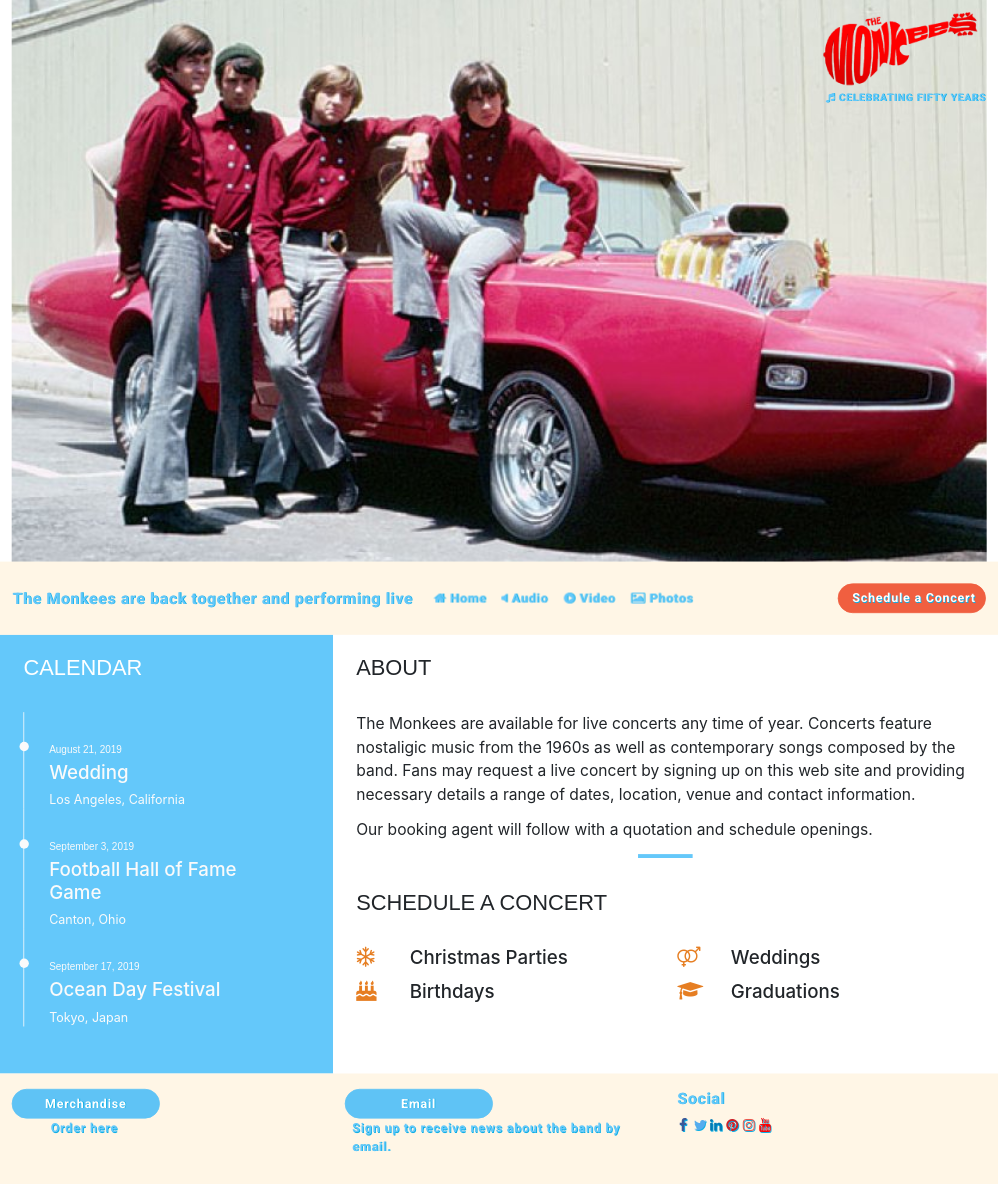
Repository: Code-Institute-Submissions/wpelizzoni-Milestone-Project-1
Page: index.html
The author's editor kept a record of every edit. The page is drawn from the files as they stood at one moment, then again after the next edit.
The browser window is 1280 px wide. The pictures show the whole page, at 78% of full size.

Above is the page before.

### index.html
<!DOCTYPE html>
<html lang="en">

<head>
    <meta charset="UTF-8">
    <meta name="viewport" content="width=device-width, initial-scale=1.0">
    <meta http-equiv="X-UA-Compatible" content="ie=edge">
    <link rel="stylesheet" href="https://stackpath.bootstrapcdn.com/bootstrap/4.3.1/css/bootstrap.min.css" type="text/css" />
    <link rel="stylesheet" href="https://stackpath.bootstrapcdn.com/font-awesome/4.7.0/css/font-awesome.min.css" type="text/css" />
    <link rel="stylesheet" href="https://cdnjs.cloudflare.com/ajax/libs/hover.css/2.3.1/css/hover-min.css" type="text/css" />
    <link href="https://fonts.googleapis.com/css?family=Roboto:400,700&display=swap" rel="stylesheet">
    <link rel="stylesheet" href="assets/css/style.css" type="text/css" />
    <title>Monkees | 50th Anniversary</title>
</head>

<body>
    <header>
        <div class="container-fluid header-container">

            <div class="row no-gutters header-desktop-row d-none d-md-block">
                <div class="col-12 header-desktop-column">
                </div>

                <span></span>

                <div class="fifty"><i class="fa fa-music" area-hidden="true"></i> CELEBRATING FIFTY YEARS</div>
            </div>

            <div class="row no-gutters header-phones-row d-block d-md-none">
                <div class="col-12 header-phones-column">
                    <h3>The Monkees</h3>
                    <!-- This text will appear in the photo -->
                </div>
            </div>

        </div>
    </header>

    <nav class="navbar navbar-dark navbar-expand-sm">
        <div class="d-none d-sm-block ">
            <a href="/ " class="navbar-brand " style="color: #64c8fa ">The Monkees are back together and performing live</a>
        </div>


        <div>
            <ul class="navbar-nav mr-auto ">
                <li class="nav=item ">
                    <a href="index.html" class="active hvr-sweep-to-right "> <i class="fa fa-home " area-hidden="true"></i> Home</a>
                </li>
                <li class="nav=item ">
                    <a href="audio.html " class="hvr-sweep-to-right "><i class="fa fa-volume-off " area-hidden="true "></i> Audio</a>
                </li>
                <li class="nav-item">
                    <a href="video.html" class="hvr-sweep-to-right "><i class="fa fa-play-circle " area-hidden="true "></i> Video</a>
                </li>
                <li class="nav=item ">
                    <a href="photos.html " class="hvr-sweep-to-right "><i class="fa fa-picture-o " area-hidden="true "></i> Photos</a>
                </li>
                <li class="nav-item mr-2 d-block d-sm-none mr-auto">
                   <a class="hvr-sweep-to-right " data-toggle="modal" data-target="#scheduleModal" ><i class="fa fa-sign-in " area-hidden="true "></i> Sign In / Sign Up</a>
                </li>
            </ul>
        </div>


        </div>
        <!-- Only display the following text and sign up message on a desktop.
        	This is screen size medium and above.
        	The mobile sign up becomes part of the nav bar (see above) -->
        <div class="d-none d-md-block ml-auto " style="padding-top: 20px; padding-bottom: 20px ">
            <a href="# " class="btn btn--cta btn--red nav-right" data-toggle="modal" data-target="#scheduleModal">Schedule a Concert</a>
        </div>

    </nav>


    <section class="container-fluid">

        <div class="row" height="60">

            <div class="col-md-4 bg-color-event-calendar section-column">
                <div class="row">
                    <div class="col-12 section-color-white">
                        <h3 class="history-heading uppercase ">
                            CALENDAR
                        </h3>
                    </div>
                </div>
                <div class="history-items">
                    <!-- data- prefix is for custom attributes -->
                    <div class="timeline-item" data-dates="August 21, 2019">
                        <h4>Wedding</h4>
                        <p>Los Angeles, California</p>
                    </div>
                    <div class="timeline-item" data-dates="September 3, 2019">
                        <h4>Football Hall of Fame Game</h4>
                        <p>Canton, Ohio</p>
                    </div>
                    <div class="timeline-item" data-dates="September 17, 2019">
                        <h4>Ocean Day Festival</h4>
                        <p>Tokyo, Japan</p>
                    </div>
                </div>
            </div>

            <div class="col-md-8 bg-color-schedule-event section-column">

                <div class="row">
                    <div class="col-12 page-header">
                        <h3 class="text-uppercase section-heading">ABOUT</h3>
                        <blockquote class="blockquote">
                            <p>The Monkees are available for live concerts any time of year. Concerts feature nostaligic music from the 1960s as well as contemporary songs composed by the band. Fans may request a live concert by signing up on this web site
                                and providing necessary details a range of dates, location, venue and contact information.
                            </p>
                        </blockquote>
                        <blockquote class="blockquote">
                            <p>
                                Our booking agent will follow with a quotation and schedule openings.
                            </p>
                        </blockquote>
                        <hr class="block-divider block-divider--medium block-divider--blue">
                    </div>
                </div>


                <div class="row">
                    <div class="col">
                        <h3 class="section-heading uppercase">SCHEDULE A CONCERT</h3>
                    </div>
                </div>
                <div class="row">
                    <div class="col-10 offset-1 offset-sm-0 col-sm-4 col-md-6">
                        <div class="row">
                            <div class="col-2">
                                <i class="schedule-event-icon fa fa-snowflake-o" aria-hidden="true"></i>
                            </div>
                            <div class="col-10">
                                <h4 class="schedule-event-heading uppercase">Christmas Parties</h4>

                            </div>
                        </div>
                    </div>
                    <div class="col-10 offset-1 offset-sm-0 col-sm-4 col-md-6">
                        <div class="row">
                            <div class="col-2">
                                <i class="schedule-event-icon fa fa-venus-mars" aria-hidden="true"></i>
                            </div>
                            <div class="col-10">
                                <h4 class="schedule-event-heading uppercase">Weddings</h4>

                            </div>
                        </div>
                    </div>
                    <div class="col-10 offset-1 offset-sm-0 col-sm-4 col-md-6">
                        <div class="row">
                            <div class="col-2">
                                <i class="schedule-event-icon fa fa-birthday-cake" aria-hidden="true"></i>
                            </div>
                            <div class="col-10">
                                <h4 class="schedule-event-heading uppercase">Birthdays</h4>

                            </div>
                        </div>
                    </div>
                    <div class="col-10 offset-1 offset-sm-0 col-sm-4 col-md-6">
                        <div class="row">
                            <div class="col-2">
                                <i class="schedule-event-icon fa fa-graduation-cap" aria-hidden="true"></i>
                            </div>
                            <div class="col-10">
                                <h4 class="schedule-event-heading uppercase">Graduations</h4>

                            </div>
                        </div>
                    </div>
                </div>
            </div>
    </section>



    <footer class="container-fluid">
        <div id="footer-details " class="row ">
            <div class="col-sm-4 ">
                <!--  <div class="d-block d-sm-none "><a href="# " style="color: #64c8fa; font-weight: bold ">Merchandise</a> -->
                <!--  <div class="mr-2 d-block d-sm-none "><a class=href="# " style="color: #64c8fa; font-weight: bold ">Merchandise</a> -->
                <!-- </div> -->

                <div class="d-block d-sm-none ">
                    <h5 class="uppercase general-sub ">Merchandise</h5>
                    <p class="inline-block " style="font-weight: bold ">
                        Purchase merchandise here.
                        <a href="# " data-toggle="modal" data-target="#merchandiseModal">
                        <i class="fa fa-tags " aria-hidden="true "></i>
                        <span class="sr-only ">Merchandise</span>
                    </a>
                    </p>
                </div>

                <!-- Only display the following text and sign up message on a desktop.
        	    This is screen size medium and above. -->
                <div class="d-none d-md-block ">
                    <a href="# " class="btn btn--cta btn--blue" data-toggle="modal" data-target="#merchandiseModal">Merchandise</a>
                    <p style="padding-left: 50px; font-weight: bold">Order here</p>
                </div>
            </div>

            <div class="col-sm-4 ">
                <div class="d-block d-sm-none">
                    <h5 class="uppercase general-sub ">Email</h5>
                    <p class="inline-block " style="font-weight: bold ">
                        Sign up to receive news about the band by email.
                        <a href="# " data-toggle="modal" data-target="#emailModal">
                        <i class="fa fa-reply " aria-hidden="true "></i>
                        <span class="sr-only ">Email</span>
                    </a>
                    </p>
                </div>

                <!-- Only display the following text and sign up message on a desktop.
        	    This is screen size medium and above. -->
                <div class="d-none d-md-block ">
                    <a href="# " class="btn btn--cta btn--blue" data-toggle="modal" data-target="#emailModal">Email</a>
                    <p style="padding-left: 10px; font-weight: bold">Sign up to receive news about the band by email.</p>
                </div>
            </div>


            <div class="col-sm-4 ">
                <h5 class="uppercase general-sub " style="font-weight:bold">Social</h5>
                <ul class="list-inline social-links ">
                    <li class="list-inline-item ">
                        <a target="_blank " href="# " style="color: #3b5998 ">
                            <i class="fa fa-facebook " aria-hidden="true "></i>
                            <span class="sr-only ">Facebook</span>
                        </a>
                    </li>
                    <li class="list-inline-item ">
                        <a target="_blank " href="# " style="color: #55acee ">
                            <i class="fa fa-twitter " aria-hidden="true "></i>
                            <span class="sr-only ">Twitter</span>
                        </a>
                    </li>
                    <li class="list-inline-item ">
                        <a target="_blank " href="#" style=" color: #007bb5 ">
                            <i class="fa fa-linkedin " aria-hidden="true "></i>
                            <span class="sr-only ">LinkedIn</span>
                        </a>
                    </li>
                    <li class="list-inline-item ">
                        <a target="_blank " href="# " style="color: #cb2027 ">
                            <i class="fa fa-pinterest " aria-hidden="true "></i>
                            <span class="sr-only " >Pinterest</span>
                        </a>
                    </li>
                    <li class="list-inline-item ">
                        <a target="_blank " href="# " style="color: #e95950 ">
                            <i class="fa fa-instagram " aria-hidden="true "></i>
                            <span class="sr-only ">Instagram</span>
                        </a>
                    </li>
                    <li class="list-inline-item ">
                        <a target="_blank " href="# " style="color: #ff0000 ">
                            <i class="fa fa-youtube " aria-hidden="true "></i>
                            <span class="sr-only " >Youtube</span>
                        </a>
                    </li>
                </ul>
            </div>
        </div>

    </footer>

    <div class="modal" tabindex="-1" role="dialog" id="scheduleModal">
        <div class="modal-dialog" role="document">
            <div class="modal-content">
                <div class="modal-header">
                    <h5 class="modal-title">Request a Live Performance!</h5>
                    <button type="button" class="close" data-dismiss="modal" aria-label="Close">
                      <span aria-hidden="true">&times;</span>
                    </button>
                </div>
                <div class="modal-body">
                    <form <div class="form-group">
                        <label for="exampleInputEmail1">Email address</label>
                        <input type="email" class="form-control" id="exampleInputEmail1" aria-describedby="emailHelp " placeholder="Enter email">
                        <small id="emailHelp" class="form-text text-muted">We'll never share your email with anyone else.</small>


                        <div class="form-group">
                            <label for="exampleFormControlTextarea1">Enter a detailed request including dates, location and venue</label>
                            <textarea class="form-control" id="exampleFormControlTextarea1" rows="10"></textarea>
                        </div>

                        <button type="submit" class="btn btn-success">Submit</button>
                </div>
                </form>
            </div>
        </div>
    </div>
    </div>

    <div class="modal" tabindex="-1" role="dialog" id="merchandiseModal">
        <div class="modal-dialog" role="document">
            <div class="modal-content">
                <div class="modal-header">
                    <h5 class="modal-title">Order Merchandise!</h5>
                    <button type="button" class="close" data-dismiss="modal" aria-label="Close">
                      <span aria-hidden="true">&times;</span>
                    </button>
                </div>
                <div class="modal-body">
                    <form>
                        <div class="form-row">
                            <div class="form-group col-md-6">
                                <label for="inputEmail4">Email</label>
                                <input type="email" class="form-control" id="inputEmail4" placeholder="Email">
                            </div>
                            <div class="form-group col-md-6">
                                <label for="inputPassword4">Password</label>
                                <input type="password" class="form-control" id="inputPassword4" placeholder="Password">
                            </div>
                        </div>
                        <div class="form-group">
                            <label for="inputAddress">Address</label>
                            <input type="text" class="form-control" id="inputAddress" placeholder="1234 Main St">
                        </div>
                        <div class="form-group">
                            <label for="inputAddress2">Address 2</label>
                            <input type="text" class="form-control" id="inputAddress2" placeholder="Apartment, studio, or floor">
                        </div>
                        <div class="form-row">
                            <div class="form-group col-md-6">
                                <label for="inputCity">City</label>
                                <input type="text" class="form-control" id="inputCity">
                            </div>
                            <div class="form-group col-md-4">
                                <label for="inputState">State</label>
                                <select id="inputState" class="form-control">
                                <option selected>Choose...</option>
                                <option>...</option>
                         </select>
                            </div>
                            <div class="form-group col-md-2">
                                <label for="inputZip">Zip</label>
                                <input type="text" class="form-control" id="inputZip">
                            </div>
                        </div>

                        <div class="custom-control custom-radio">
                            <input type="radio" id="customRadio1" name="customRadio" class="custom-control-input">
                            <label class="custom-control-label" for="customRadio1">Visa</label>
                        </div>
                        <div class="custom-control custom-radio">
                            <input type="radio" id="customRadio2" name="customRadio" class="custom-control-input">
                            <label class="custom-control-label">MasterCard</label>
                        </div>
                        <div class="custom-control custom-radio">
                            <input type="radio" id="customRadio2" name="customRadio" class="custom-control-input">
                            <label class="custom-control-label" for="customRadio2">American Express</label>
                        </div>
                        <br>
                        <div class="form-group">
                            <label for="formGroupExampleInput">Card Number</label>
                            <input type="text" class="form-control" id="formGroupExampleInput" placeholder="1234-5678-912">
                        </div>
                        <div class="form-group">
                            <label for="formGroupExampleInput2">Expiration Date</label>
                            <input type="text" class="form-control" id="formGroupExampleInput2" placeholder="MM/DD/YYYY">
                        </div>
                        <div class="form-group">
                            <label for="exampleFormControlSelect1">Make Selection</label>
                            <select class="form-control" id="exampleFormControlSelect1">
                              <option>T-Shirt -> $25</option>
                              <option>Mug -> $15</option>
                              <option>Hat --> $17</option>
                              <option>Decal --> $9</option>
                              <option>Water Bottle -> $22</option>
                            </select>
                        </div>
                    </form>
                    <button type="submit" class="btn btn-primary">Submit</button>
                    </form>
                </div>
            </div>
        </div>
    </div>

    <div class="modal" tabindex="-1" role="dialog" id="emailModal">
        <div class="modal-dialog" role="document">
            <div class="modal-content">
                <div class="modal-header">
                    <h5 class="modal-title">Register!</h5>
                    <button type="button" class="close" data-dismiss="modal" aria-label="Close">
                      <span aria-hidden="true">&times;</span>
                    </button>
                </div>
                <div class="modal-body">
                    <form <div class="form-group">
                        <div class="form-group">
                            <label for="formGroupExampleInput">First Name</label>
                            <input type="text" class="form-control" id="formGroupExampleInput" placeholder="">
                        </div>
                        <div class="form-group">
                            <label for="formGroupExampleInput2">Middle Name</label>
                            <input type="text" class="form-control" id="formGroupExampleInput2" placeholder="">
                        </div>
                        <div class="form-group">
                            <label for="formGroupExampleInput2">Last Name</label>
                            <input type="text" class="form-control" id="formGroupExampleInput2" placeholder="">
                        </div>
                        <label for="exampleInputEmail1">Email address</label>
                        <input type="email" class="form-control" id="exampleInputEmail1" aria-describedby="emailHelp " placeholder="Enter email">
                        <small id="emailHelp" class="form-text text-muted">We'll never share your email with anyone else.</small>

                        <div class="form-group">
                            <label for="password">Password</label>
                            <input type="password" class="form-control" id="password" placeholder="Password">
                        </div>
                        <div class="form-group">
                            <label for="repeatPassword">Repeat Password</label>
                            <input type="password" class="form-control" id="repeatPassword" placeholder="RepeatPassword">
                        </div>
                </div>

                <button type="submit" class="btn btn-success">Submit</button>
                </form>
            </div>
        </div>
    </div>
    </div>


    <script src="https://code.jquery.com/jquery-3.3.1.slim.min.js " integrity="sha384-q8i/X+965DzO0rT7abK41JStQIAqVgRVzpbzo5smXKp4YfRvH+8abtTE1Pi6jizo " crossorigin="anonymous"></script>
    <script src="https://cdnjs.cloudflare.com/ajax/libs/popper.js/1.14.7/umd/popper.min.js " integrity="sha384-UO2eT0CpHqdSJQ6hJty5KVphtPhzWj9WO1clHTMGa3JDZwrnQq4sF86dIHNDz0W1 " crossorigin="anonymous"></script>
    <!-- Paste Bootstrap Javascript link here -->
    <script src="https://stackpath.bootstrapcdn.com/bootstrap/4.3.1/js/bootstrap.min.js " integrity="sha384-JjSmVgyd0p3pXB1rRibZUAYoIIy6OrQ6VrjIEaFf/nJGzIxFDsf4x0xIM+B07jRM " crossorigin="anonymous"></script>

</body>

Loaded but not shown: assets/css/style.css (470 lines, source omitted)

After the next edit:
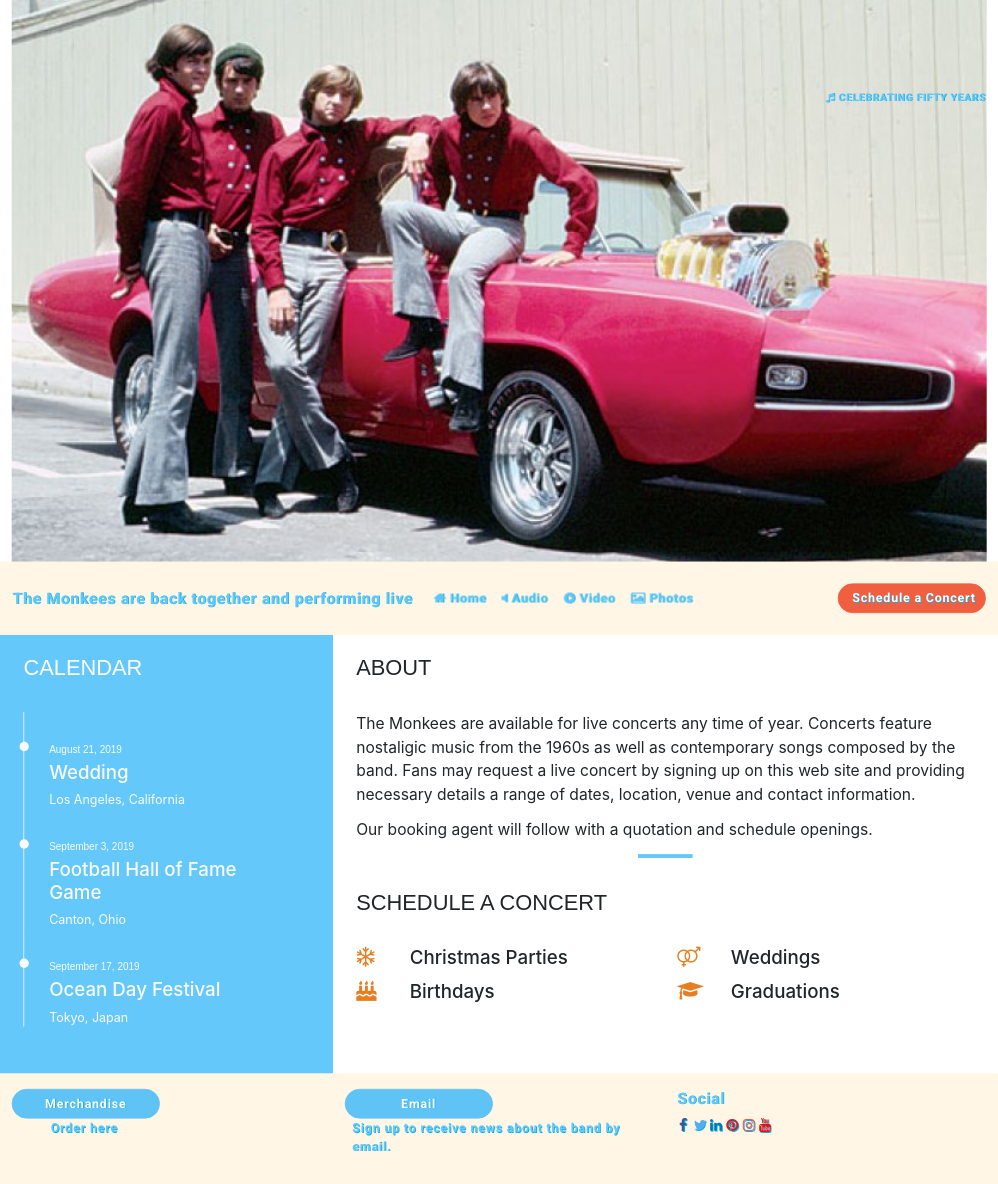
The edit:
--- a/index.html
+++ b/index.html
@@ -15,9 +15,10 @@
 
 <body>
     <header>
-        <div class="container-fluid header-container">
-
-            <div class="row no-gutters header-desktop-row d-none d-md-block">
+
+        <div class="container-fluid ">
+
+            <div class="row header-desktop-row d-none d-md-block">
                 <div class="col-12 header-desktop-column">
                 </div>
 
@@ -26,7 +27,7 @@
                 <div class="fifty"><i class="fa fa-music" area-hidden="true"></i> CELEBRATING FIFTY YEARS</div>
             </div>
 
-            <div class="row no-gutters header-phones-row d-block d-md-none">
+            <div class="row header-phones-row d-block d-md-none">
                 <div class="col-12 header-phones-column">
                     <h3>The Monkees</h3>
                     <!-- This text will appear in the photo -->
